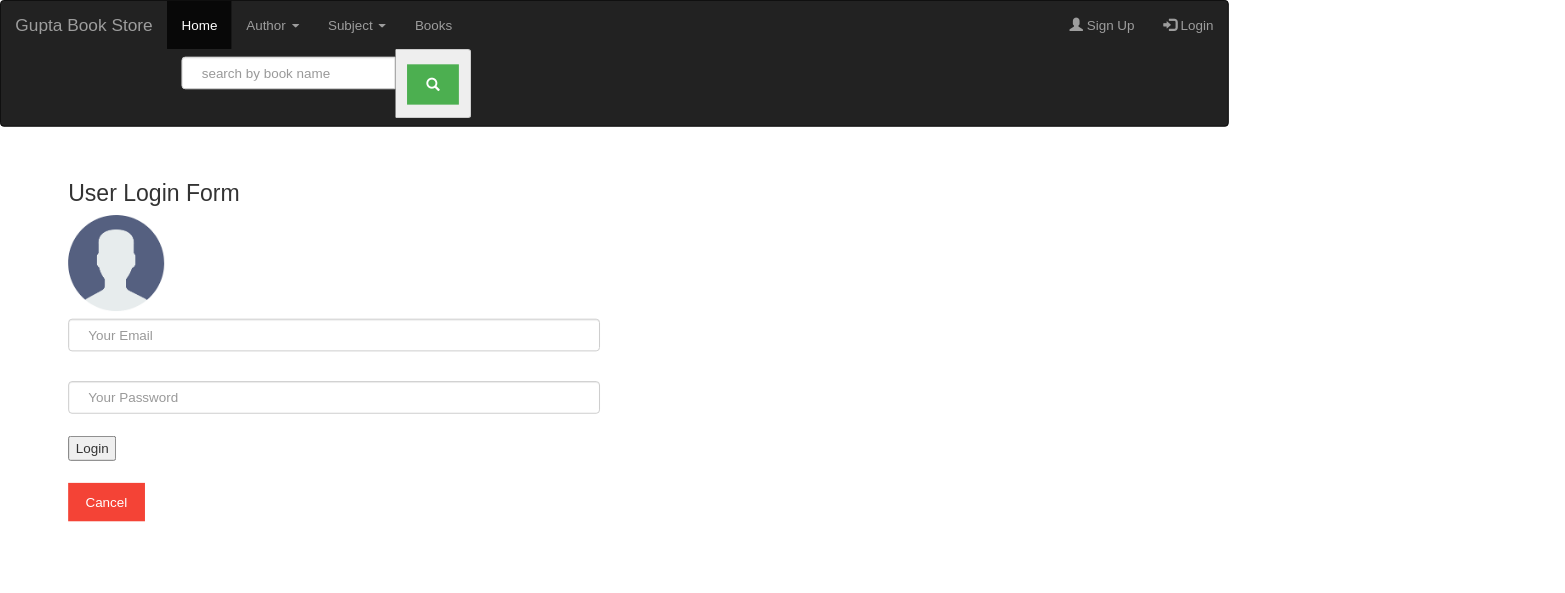
Repository: GuptaBook/NewGuptaBookStore
Page: http://localhost/NewGuptaBookStore/views/emp/LoginPage.jsp
These files come from the project's save history. The page is drawn as it stood at one moment and after the next save; the edit follows.
The browser window is 1280 px wide. The page is 1280 px wide, then 1630 px, so the pictures cover 1630 px, including what lies to the right of the window. The pictures show the whole page, at 96% of full size.
Some web libraries are served in a nearby version. The page is served by Tomcat 9.

Above is the page before, as saved 2018-10-24 11:32:26.
Console error (its wording comes from the project's code and is left out).

After the next save:
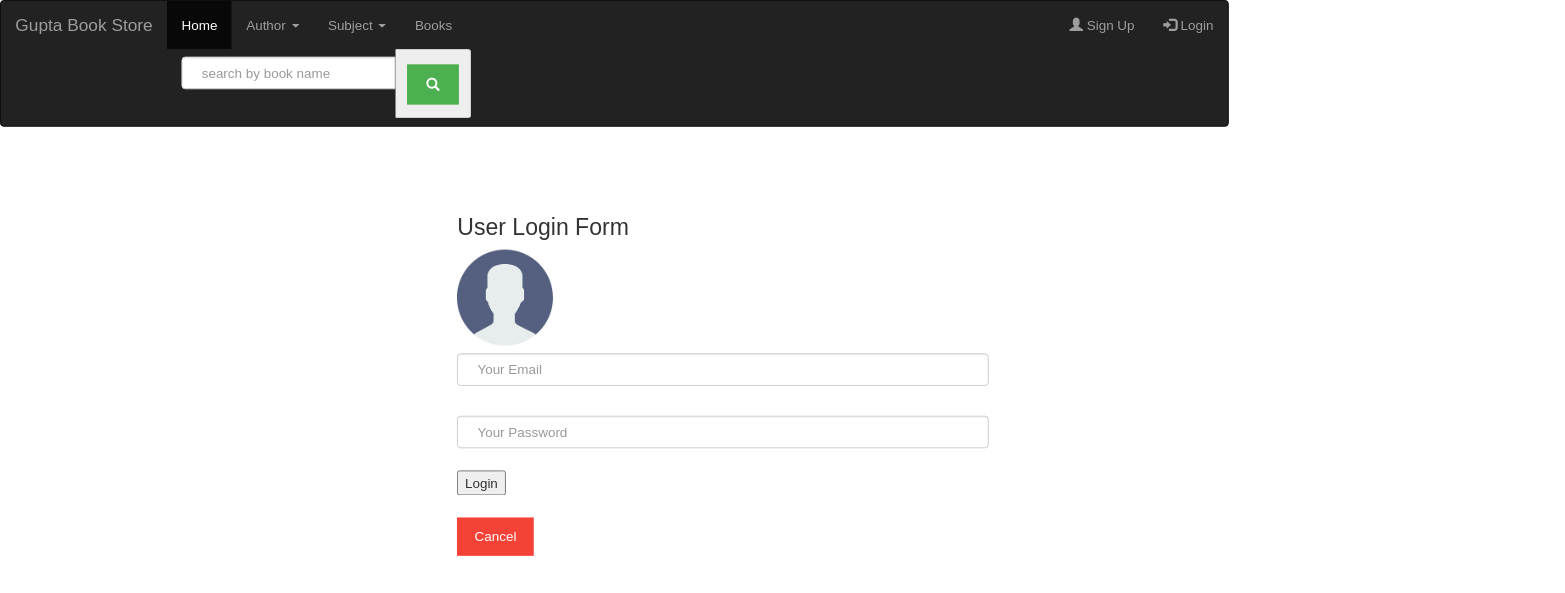
Saved 2 min 10 s later.
--- a/NewGuptaBookStore/WebContent/views/emp/LoginPage.jsp
+++ b/NewGuptaBookStore/WebContent/views/emp/LoginPage.jsp
@@ -132,7 +132,10 @@ span.psw {
     }
 }
 </style>
-<body>
+<body><div class="container">
+<div class="row">
+<div class="col-md-4"></div>
+<div class="col-md-4">
 <h3 align="center" style="color:green">${msg} ${username}</h3>
 <div class="container login-container">
             <div class="row">
@@ -178,6 +181,6 @@ span.psw {
                 </div>
 
             </div>
-        </div>
+        </div></div><div class="col-md-4"></div></div></div>
 </body>
 </html>
